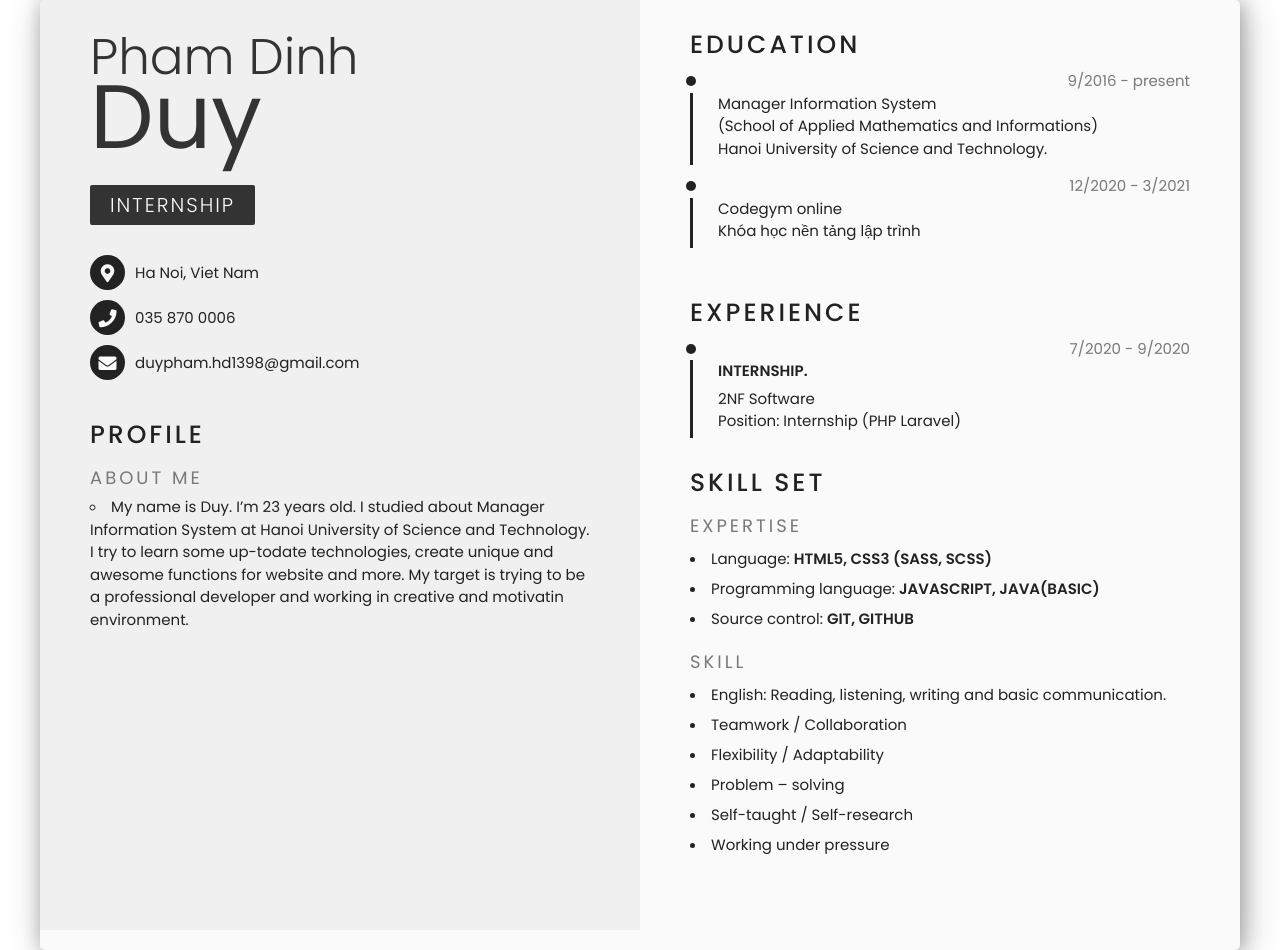
Repository: duypham1398/duypham1398.github.io
Page: raw.html
An editor plug-in stored every save of this project. The page is shown before and after the next save, followed by the edit.
The browser window is 1280 px wide. The pictures show the whole page.

Above is the page before, as saved 2021-07-11 02:02:57.
Not found: js/script.js

### raw.html
<!DOCTYPE html>
<html lang="en">
  <head>
    <title>My Resume'</title>
    <!-- Required meta tags -->
    <meta charset="utf-8" />
    <meta
      name="viewport"
      content="width=device-width, initial-scale=1, shrink-to-fit=no"
    />
    <meta http-equiv="X-UA-Compatible" content="ie=edge" />

    <!-- Bootstrap CSS -->
    <!-- <link rel="stylesheet" href="https://stackpath.bootstrapcdn.com/bootstrap/4.3.1/css/bootstrap.min.css" integrity="sha384-ggOyR0iXCbMQv3Xipma34MD+dH/1fQ784/j6cY/iJTQUOhcWr7x9JvoRxT2MZw1T" crossorigin="anonymous"> -->
    <!-- FONT AWESOME -->
    <link rel="stylesheet" href="css/fontawesome/css/all.css" />
    <!-- FONT -->
    <link rel="preconnect" href="https://fonts.gstatic.com" />
    <link
      href="https://fonts.googleapis.com/css2?family=Poppins:wght@100;200;300;400;500;600;700&display=swap"
      rel="stylesheet"
    />
    <!-- CSS -->
    <link rel="stylesheet" href="css/reset.css" />
    <link rel="stylesheet" href="css/style.css" />
    <!-- JS -->
    <script src="js/script.js"></script>
  </head>
  <body>
    <!-- MAIN -->
    <div class="main main__raw">
      <!-- RESUME -->
      <div class="resume resume__raw">
        <div class="resume__wrapper">
          <!-- LEFT COLLUMN -->
          <div class="resume__collumn">
            <section class="section">
              <div class="section__group--wrapper">
                <!-- INFO TITLE -->
                <header class="info">
                  <h1 class="info__name">
                    <span class="info__name--first">Pham Dinh</span>
                    <span class="info__name--last">Duy</span>
                  </h1>
                  <span class="info__job">Internship</span>
                </header>
                <!-- END INFO TITLE -->
                <!-- CONTACT  -->
                <ul class="contact">
                  <li>
                    <span class="contact__icon-wrapper">
                      <i class="fas fa-map-marker-alt"></i>
                    </span>
                    <span class="contact__info"
                      >Ha Noi, Viet Nam</span
                    >
                  </li>
                  <li>
                    <span class="contact__icon-wrapper">
                      <i class="fa fa-phone" aria-hidden="true"></i>
                    </span>
                    <a class="contact__info" href="tel:0358700006"
                      >035 870 0006</a
                    >
                  </li>
                  <li>
                    <span class="contact__icon-wrapper">
                      <i class="fas fa-envelope"></i>
                    </span>
                    <a
                      class="contact__info"
                      href="mailto: duypham.hd1398@gmail.com"
                      >duypham.hd1398@gmail.com</a
                    >
                  </li>
                </ul>
                <!-- CONTACT -->
              </div>
            </section>
            <!-- PROFILE -->
            <section class="section">
              <h2 class="section__title">PROFILE</h2>
              <!-- SUMMARY -->
              <div class="section__paragraph">
                <h3 class="section__sub-title">ABOUT ME</h3>
                <p>
                    My name is Duy. I’m 23 years old. I studied about Manager
                    Information System at Hanoi University of Science and Technology.
                    I try to learn some up-todate technologies, create unique and
                    awesome functions for website and more. My target is trying
                    to be a professional developer and working in creative and motivatin environment.
                </p>
              </div>
              <!-- END SUMMARY -->

            <!-- END PROFILE -->
          </div>
          <!-- END LEFT COLLUMN -->
          <!-- RIGHT COLLUMN -->
          <div class="resume__collumn">
            <!-- EDUCATION -->
            <section class="section">
              <h2 class="section__title">EDUCATION</h2>
              <div class="section__group">
                <div class="section__group-heading">
                  <span class="section__group-details">9/2016 - present</span>
                </div>
                <div class="section__group-content">
                  <p class="section__describe">
                    <span>
                      Manager Information System <br>
                      (School of Applied Mathematics and Informations)  <br>
                      Hanoi University of Science and Technology.
                    </span>
                  </p>
                </div>
              </div>
              <div class="section__group">
                <div class="section__group-heading">
                  <span class="section__group-details">12/2020 - 3/2021</span>
                </div>
                <div class="section__group-content">
                  <p class="section__describe">
                    <span>
                      Codegym online <br>
                      Khóa học nền tảng lập trình
                    </span>
                  </p>
                </div>
              </div>
            </section>
            <!-- END EDUCATION -->
          </section>
          <!-- EXPERIENCE -->
          <section class="section">
            <h2 class="section__title">EXPERIENCE</h2>
            <div class="section__group">
              <div class="section__group-heading">
                <span class="section__group-details">7/2020 - 9/2020</span>
              </div>
              <div class="section__group-content">
                <p class="section__describe">
                  <span class="section__describe--main">INTERNSHIP.</span>
                  <span>
                      2NF Software <br>
                      Position: Internship (PHP Laravel)
                  </span>
                </p>
              </div>
            </div>
          </section>
          <!-- END EXPERIENCE -->
            <!-- SKILLS -->
            <section class="section">
              <h2 class="section__title">SKILL SET</h2>
              <div class="section__group--reverse">
                <div class="section__group">
                  <h3 class="section__sub-title">Expertise</h3>
                  <ul class="section__list">
                    <li>
                      <span class="section__list-name">Language:</span>
                      <span class="section__list-details"
                        >HTML5, CSS3 (SASS, SCSS)</span
                      >
                    </li>
                    <li>
                      <span class="section__list-name"
                        >Programming language:
                      </span>
                      <span class="section__list-details"
                        >JavaScript, Java(basic)</span
                      >
                    </li>
                    <li>
                      <span class="section__list-name">Source control:</span>
                      <span class="section__list-details"> Git, github</span>
                    </li>
                  </ul>
                </div>
                <div class="section__group">
                  <h3 class="section__sub-title">Skill</h3>
                  <ul class="section__list">
                    <li>
                      <span class="section__list-name"
                        >English: Reading, listening, writing and basic
                        communication.
                      </span>
                    </li>
                    <li>
                      <span class="section__list-name"
                        >Teamwork / Collaboration</span
                      >
                    </li>
                    <li>
                      <span class="section__list-name"
                        >Flexibility / Adaptability</span
                      >
                    </li>
                    <li>
                      <span class="section__list-name">Problem – solving</span>
                    </li>
                    <li>
                      <span class="section__list-name"
                        >Self-taught / Self-research</span
                      >
                    </li>
                    <li>
                      <span class="section__list-name"
                        >Working under pressure</span
                      >
                    </li>
                  </ul>
                </div>
              </div>
            </section>
            <!-- END SKILLS -->
          </div>
          <!-- END RIGHT COLLUMN -->
        </div>
      </div>
      <!-- END RESUME -->
    </div>
    <!-- END MAIN -->

    <!-- Optional JavaScript -->
    <!-- jQuery first, then Popper.js, then Bootstrap JS -->
    <!-- <script src="https://code.jquery.com/jquery-3.3.1.slim.min.js" integrity="sha384-q8i/X+965DzO0rT7abK41JStQIAqVgRVzpbzo5smXKp4YfRvH+8abtTE1Pi6jizo" crossorigin="anonymous"></script>
    <script src="https://cdnjs.cloudflare.com/ajax/libs/popper.js/1.14.7/umd/popper.min.js" integrity="sha384-UO2eT0CpHqdSJQ6hJty5KVphtPhzWj9WO1clHTMGa3JDZwrnQq4sF86dIHNDz0W1" crossorigin="anonymous"></script>
    <script src="https://stackpath.bootstrapcdn.com/bootstrap/4.3.1/js/bootstrap.min.js" integrity="sha384-JjSmVgyd0p3pXB1rRibZUAYoIIy6OrQ6VrjIEaFf/nJGzIxFDsf4x0xIM+B07jRM" crossorigin="anonymous"></script> -->
  </body>
</html>

### css/style.css
*,
*::after,
*::before {
  margin: 0;
  padding: 0;
  box-sizing: border-box;
  -webkit-box-sizing: border-box;
}

html, body {
  width: 100%;
  height: 100%;
  font-size: 10px;
}

body {
  line-height: 1.5;
  font-family: "Poppins", sans-serif;
  color: #222;
}

a {
  text-decoration: none;
}

.main {
  width: 100%;
  height: 100%;
  background-image: url(../img/bg3.jpg);
  background-size: cover;
  background-position: center;
  display: flex;
  flex-direction: row;
  justify-content: center;
  align-items: center;
  position: relative;
}

.resume {
  padding-bottom: 2rem;
  width: 1200px;
  height: 95%;
  border-radius: 5px;
  background-color: #fafafa;
  overflow-y: auto;
  transition: 0.4s ease-in-out;
  box-shadow: 2px 2px 20px rgba(0, 0, 0, 0.3), 5px 5px 40px rgba(0, 0, 0, 0.2);
}
.resume::-webkit-scrollbar {
  width: 10px;
}
.resume::-webkit-scrollbar-thumb {
  background: #636161;
  border-radius: 10px;
}
.resume::-webkit-scrollbar-thumb:hover {
  background: #222;
}
.resume__wrapper {
  display: flex;
  flex-wrap: wrap;
  position: relative;
}
.resume__wrapper .resume__btn-block {
  width: 100%;
  position: absolute;
  left: 50%;
  bottom: 0;
  transform: translateX(-50%);
  text-align: center;
}
.resume__wrapper .resume__btn {
  display: inline-block;
  color: #fafafa;
  font-weight: 500;
  text-transform: uppercase;
  letter-spacing: 2px;
  text-align: center;
  font-size: 1.5rem;
  background-color: #222;
  padding: 1rem 2rem;
  border-radius: 5px;
  transition: 0.3s ease-in-out;
  border: 2px solid #222;
}
.resume__wrapper .resume__btn:hover {
  background-color: #fafafa;
  color: #222;
}
.resume__collumn {
  width: 50%;
  padding-bottom: 5rem;
  min-height: 100%;
}
.resume__collumn:first-child {
  background-color: #f0f0f0;
}
.resume__collumn .section:last-child {
  padding-top: 0;
}

.main__raw {
  display: block;
  background-image: none;
}

.resume__raw {
  height: auto;
  margin: 0 auto;
}

.info {
  width: 100%;
  font-size: 2rem;
}
.info__name {
  color: #333333;
}
.info__name > span {
  display: block;
}
.info__name--first {
  font-size: 2.5em;
  font-weight: 300;
}
.info__name--last {
  font-size: 4.5em;
  margin-top: -0.5em;
}
.info__job {
  display: inline-block;
  background-color: #333333;
  color: #fafafa;
  padding: 0.5rem 2rem;
  border-radius: 0.2rem;
  text-transform: uppercase;
  font-size: 1em;
  font-weight: 300;
  letter-spacing: 2px;
  margin-bottom: 3rem;
}

.contact {
  font-size: 1.8rem;
  line-height: 2;
}
.contact li {
  display: flex;
  align-items: center;
  margin-bottom: 1rem;
}
.contact__icon-wrapper {
  width: 35px;
  height: 35px;
  background-color: #222;
  display: flex;
  flex-direction: row;
  justify-content: center;
  align-items: center;
  border-radius: 50%;
}
.contact__icon-wrapper i {
  color: #fafafa;
}
.contact__info {
  display: inline-block;
  font-size: 1.5rem;
  padding-left: 1rem;
  color: #222;
}

.section {
  padding: 2rem 5rem;
}
.section__title, .section__sub-title {
  line-height: 2;
}
.section__title {
  font-size: 2.5rem;
  letter-spacing: 0.3rem;
  font-weight: 500;
}
.section__sub-title {
  font-size: 1.8rem;
  text-transform: uppercase;
  letter-spacing: 0.3rem;
  color: #79797b;
}
.section__list {
  list-style: disc;
  list-style-position: inside;
  font-size: 1.5rem;
  line-height: 2;
}
.section__list-details {
  font-weight: 600;
  text-transform: uppercase;
}
.section__paragraph {
  font-size: 1.5rem;
  line-height: 1.5;
  padding-bottom: 1rem;
}
.section__paragraph > p {
  display: list-item;
  list-style-position: inside;
  list-style-type: circle;
  margin-bottom: 1rem;
}
.section__paragraph:last-child {
  padding-bottom: 0;
}
.section__describe {
  font-size: 1.5rem;
}
.section__describe span {
  line-height: 1.5;
  display: block;
  padding-bottom: 0.5rem;
}
.section__describe--link {
  padding-top: 0.5rem;
}
.section__describe--main {
  font-weight: 600;
}
.section__link {
  color: blue;
  letter-spacing: 2px;
}
.section__group {
  padding-bottom: 1rem;
}
.section__group:last-child {
  padding-bottom: 0;
}
.section__group-heading {
  display: flex;
  flex-direction: row;
  justify-content: flex-start;
  align-items: center;
  flex-wrap: wrap;
}
.section__group-heading::before {
  content: "";
  width: 10px;
  height: 10px;
  background-color: #222;
  transform: translateX(-50%);
  border-radius: 50%;
  margin-right: 1.5rem;
  margin-left: 1px;
}
.section__group-content {
  border-left: 3px solid #222;
  padding-left: 2.5rem;
}
.section__group-title {
  font-weight: 700;
  text-transform: uppercase;
  font-size: 1.5rem;
}
.section__group-details {
  display: block;
  color: #79797b;
  font-size: 1.5rem;
  margin-left: auto;
}

@media (max-width: 1199px) {
  .resume {
    width: 800px;
  }
  .resume__collumn {
    width: 100%;
  }
  .resume__collumn:first-child {
    background-color: transparent;
    padding-bottom: 0;
  }
  .resume__collumn:last-child {
    padding-top: 0;
  }
  .resume__row {
    display: flex;
  }
  .resume__row--center {
    align-items: center;
  }
  .resume__collumn .section:last-child {
    padding-top: 2rem;
  }

  .section:nth-child(odd) {
    background-color: #f0f0f0;
  }
  .section__group--wrapper {
    display: flex;
    align-items: center;
  }
  .section__group--reverse {
    display: flex;
    flex-wrap: wrap;
    flex-direction: row-reverse;
    justify-content: space-between;
  }
  .section__group--reverse .section__title {
    width: 100%;
  }
  .section__group--reverse .section__group {
    width: 48%;
  }
}
@media (max-width: 799px) {
  .resume {
    height: 100%;
  }
  .resume__collumn .section:last-child {
    padding-bottom: 8rem;
  }

  .resume__raw {
    width: 100%;
  }

  .section__group--wrapper, .section__group--reverse {
    flex-direction: column;
  }
  .section__group--wrapper {
    align-items: center;
    text-align: center;
  }
  .section__group--reverse .section__group {
    width: 100%;
  }
}
@media (max-width: 500px) {
  .section {
    padding: 2rem;
  }
  .section__title {
    font-size: 2rem;
  }
  .section__sub-title {
    font-size: 1.5rem;
  }
  .section__paragraph {
    line-height: 1.8;
  }
  .section__paragraph > p {
    margin-bottom: 1.5rem;
  }
  .section__paragraph:last-child {
    padding-bottom: 0;
  }
  .section__group-heading .section__group-details {
    width: 100%;
    padding: 1rem 0;
    padding-left: 2.6rem;
    border-left: 3px solid #222;
  }
}

/*# sourceMappingURL=style.css.map */

Loaded but not shown: css/fontawesome/css/all.css (library); css/reset.css (common file)

After the next save:
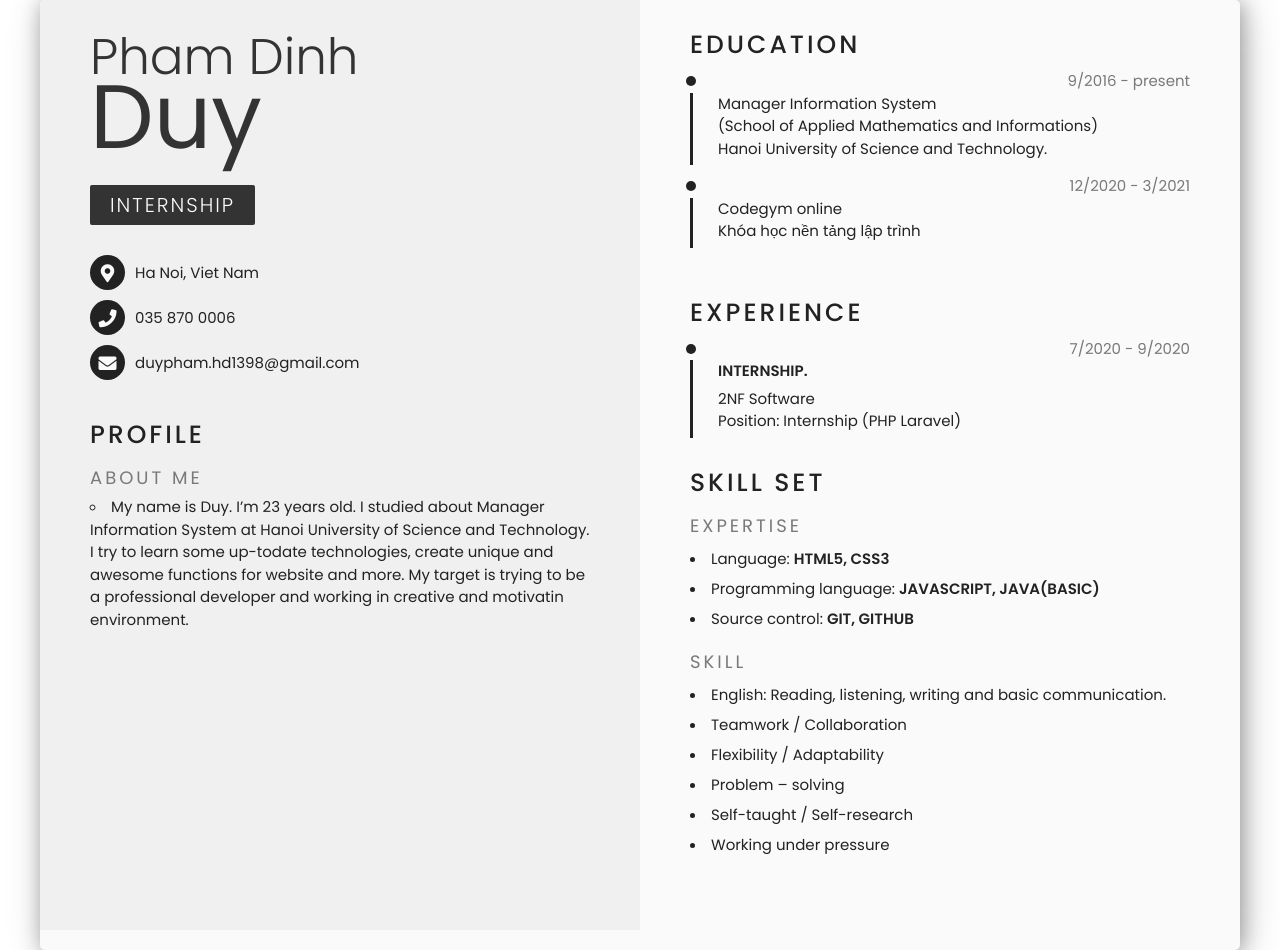
Saved 3 min 8 s later.
--- a/raw.html
+++ b/raw.html
@@ -160,7 +160,7 @@
                     <li>
                       <span class="section__list-name">Language:</span>
                       <span class="section__list-details"
-                        >HTML5, CSS3 (SASS, SCSS)</span
+                        >HTML5, CSS3</span
                       >
                     </li>
                     <li>
